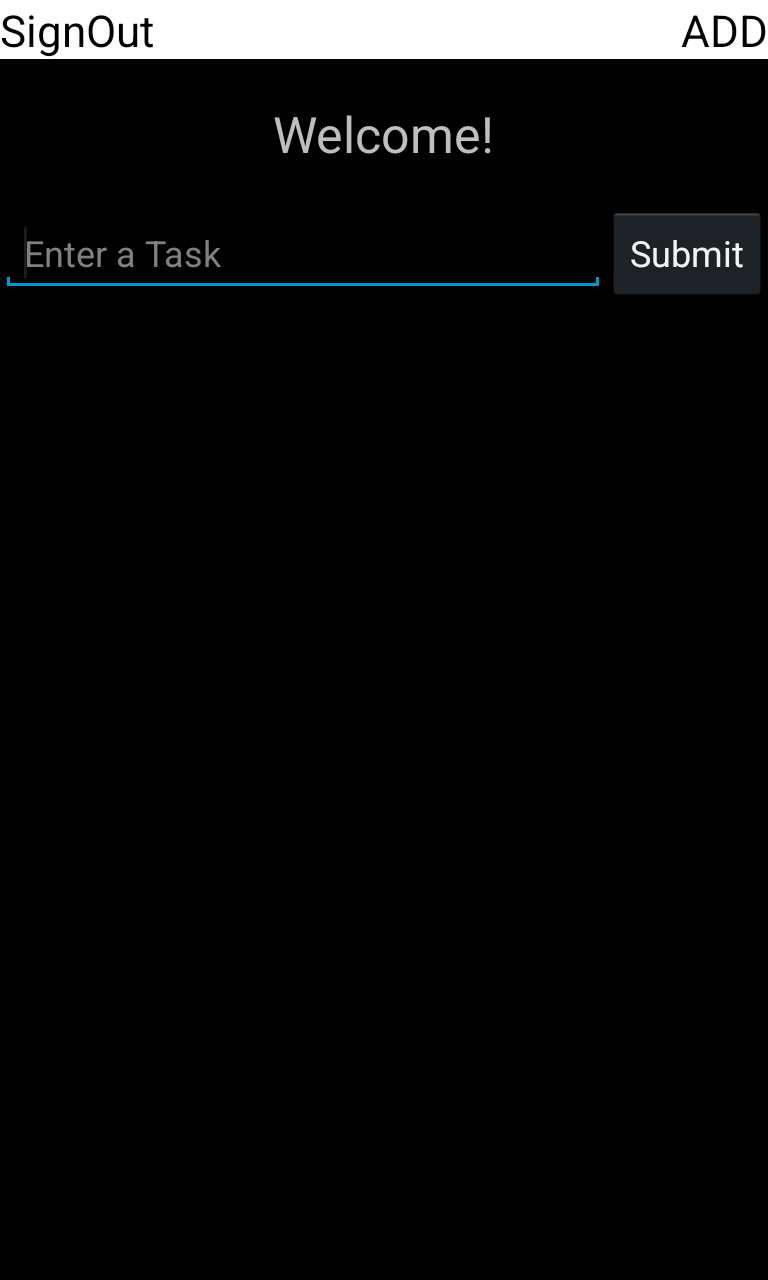
Repository: DinkyDetailsLLC/CPM
Layout: MyHairDid/res/layout/clientlist.xml
The author's editor kept a copy of each file at every save. The layout is drawn from the files as they stood at one save, then again after the next save.
It is drawn on a 768 x 1280 px phone screen (xhdpi) without system bars, with theme android:Theme.Holo; the app's code is not run. Lists and similar views that code fills are empty.

Above is the layout before, as saved 2014-04-04 01:23:47.

After the next save:
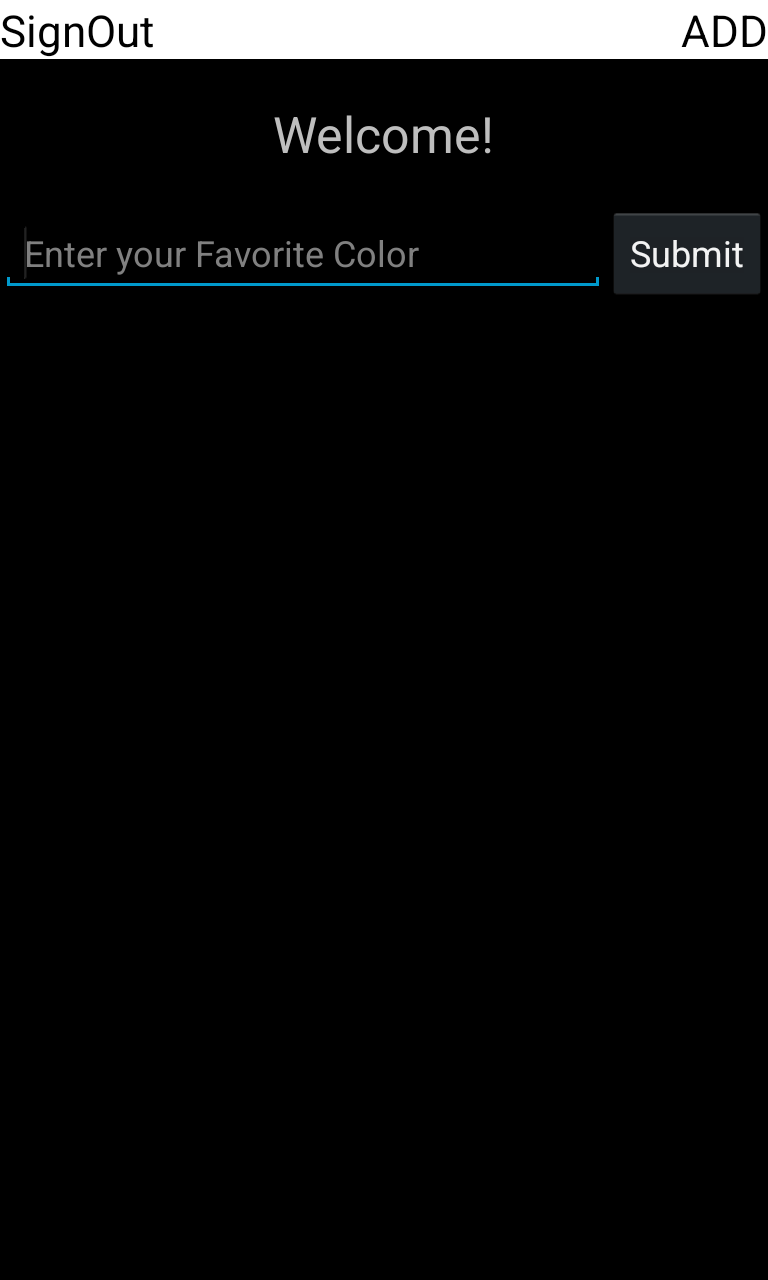
Saved 25 s later.
--- a/MyHairDid/res/layout/clientlist.xml
+++ b/MyHairDid/res/layout/clientlist.xml
@@ -69,7 +69,7 @@
             android:layout_weight="1"
             android:ems="10"
             android:inputType="text"
-            android:hint="Enter a Task">
+            android:hint="Enter your Favorite Color">
             <requestFocus />
         </EditText>
 
